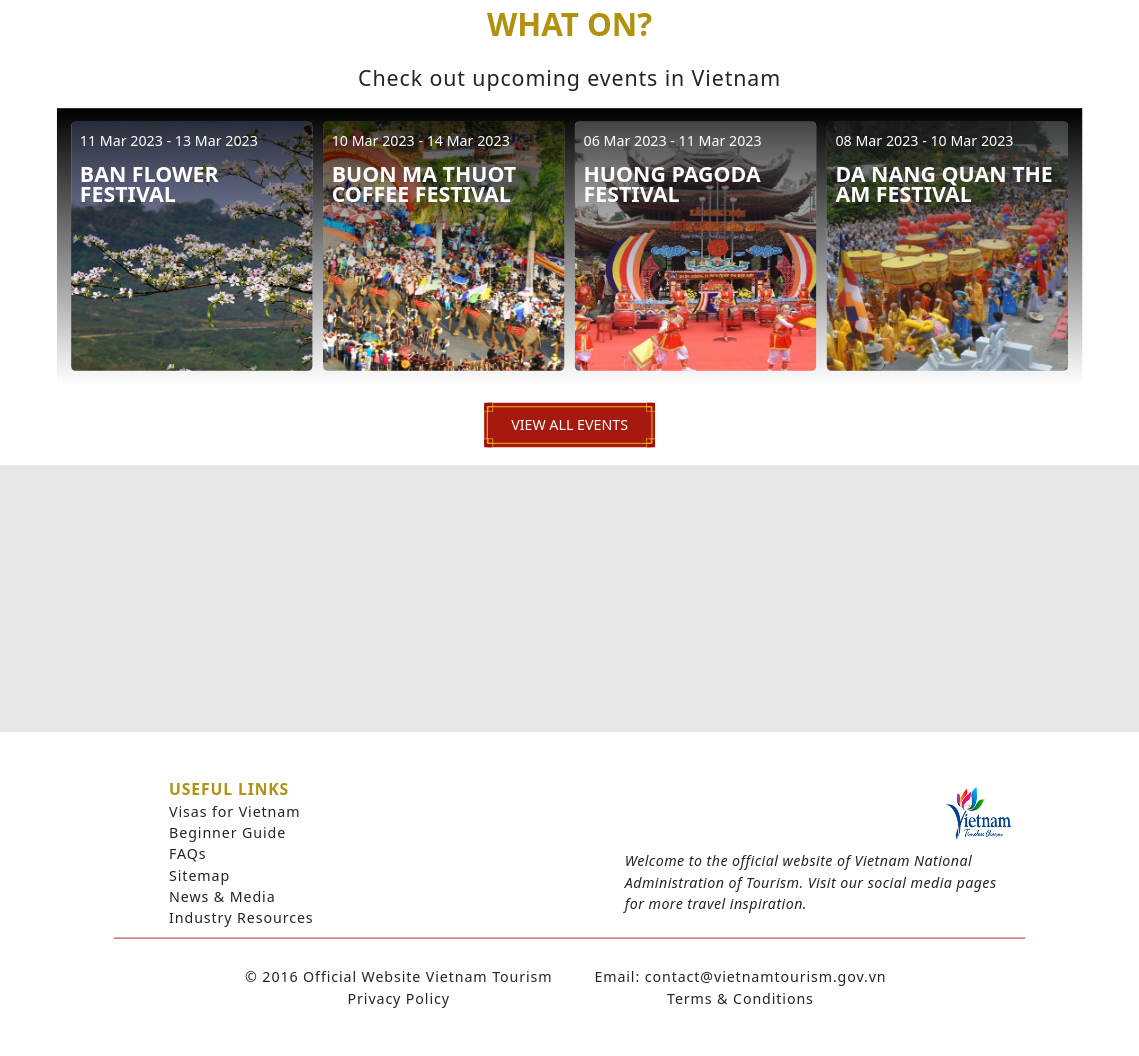
Repository: nguoilaisaochoi/TRAVEL-DEMO
Page: index.html
These files come from the project's save history. The page is drawn as it stood at one moment and after the next save; the edit follows.
The browser window is 1280 px wide. The pictures show the part of the page from y = 1732 to 2918 px (the page is 2918 px tall), at 89% of full size.
A picture or video elsewhere on the page could not be fetched, so the positions and the page height are approximate.

Above is the page before, as saved 2023-03-27 18:58:21.

After the next save:
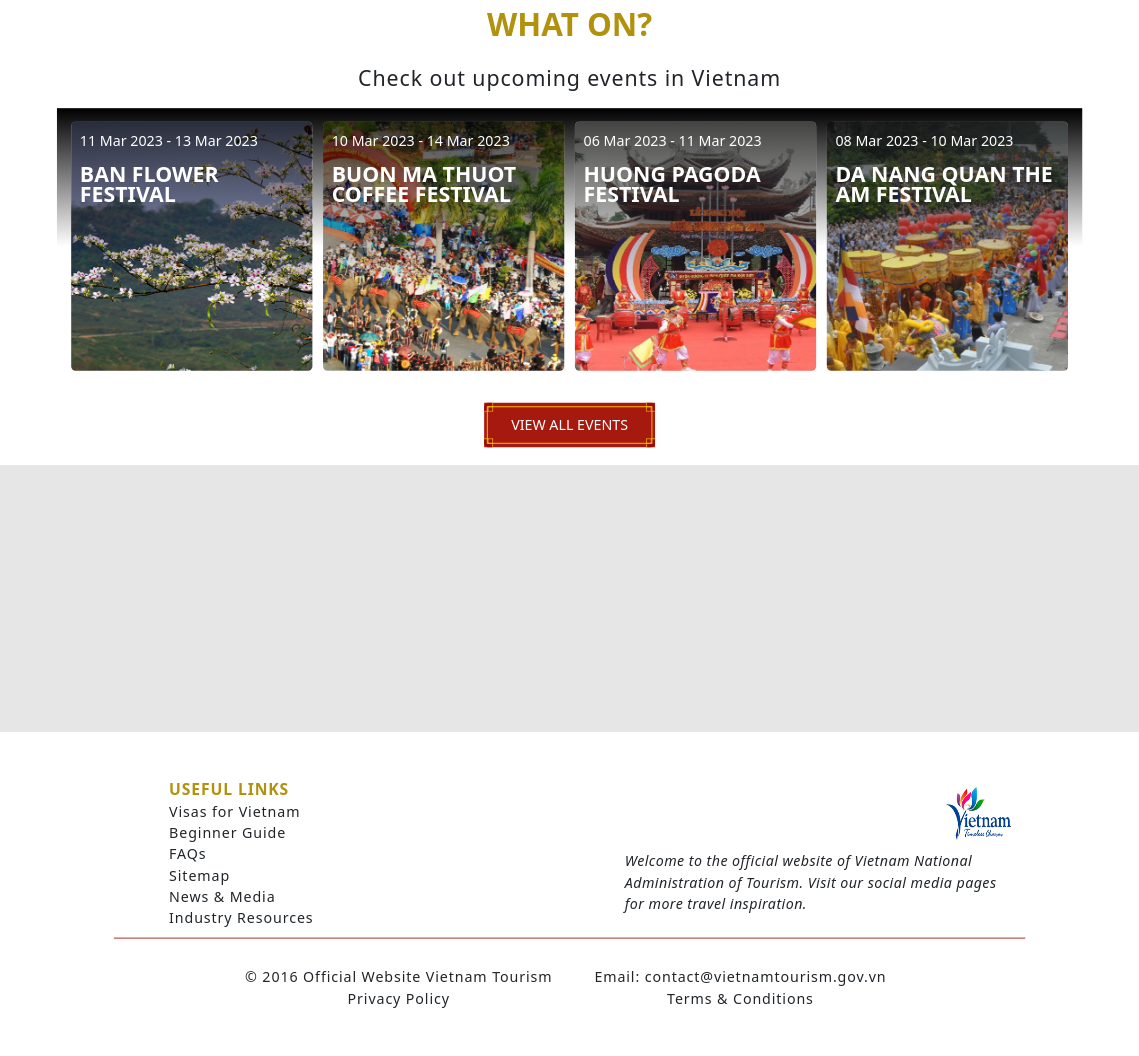
Saved 5 s later.
--- a/index.css
+++ b/index.css
@@ -268,7 +268,7 @@
     min-height: 150px;
     background: url(./img_vd/bg-red-pattern.png);
     background-size: 100px;
-    background: linear-gradient(black, transparent);
+    background: linear-gradient(black, transparent 50%);
     display: flex;
     flex-direction: column;
     margin: auto;
